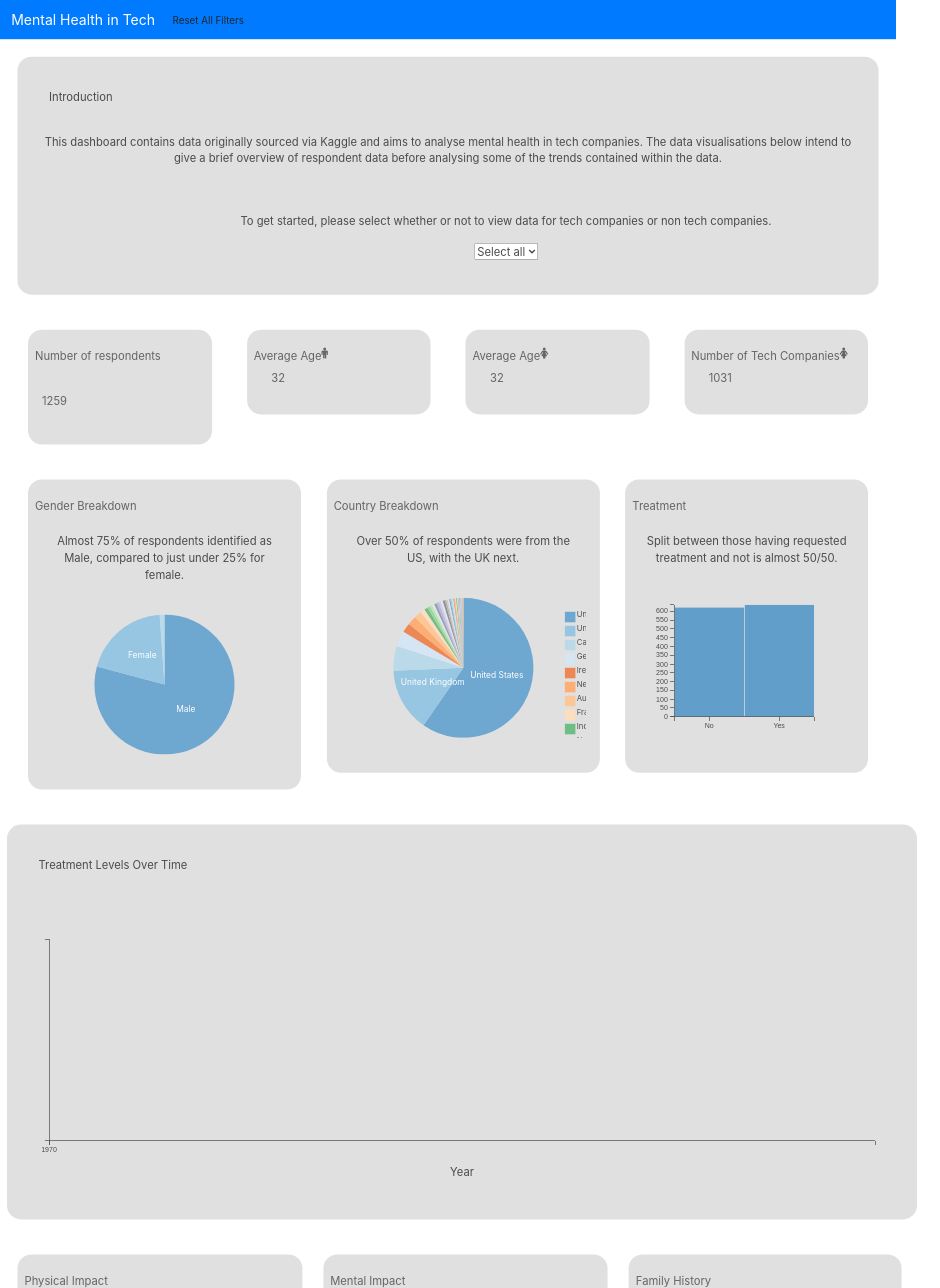
Repository: martingr1/mhdashboard
Page: index.html
The author's editor kept a record of every edit. The page is drawn from the files as they stood at one moment, then again after the next edit.
The browser window is 1280 px wide. The page is 1310 px wide, then 1343 px, so the pictures cover 1343 px, including what lies to the right of the window. The pictures show the part of the page from y = 0 to 1840 px (the page is 2432 px tall before and 2634 px after), at 70% of full size.
Some web libraries are served in a nearby version.

Above is the page before.

After the next edit:
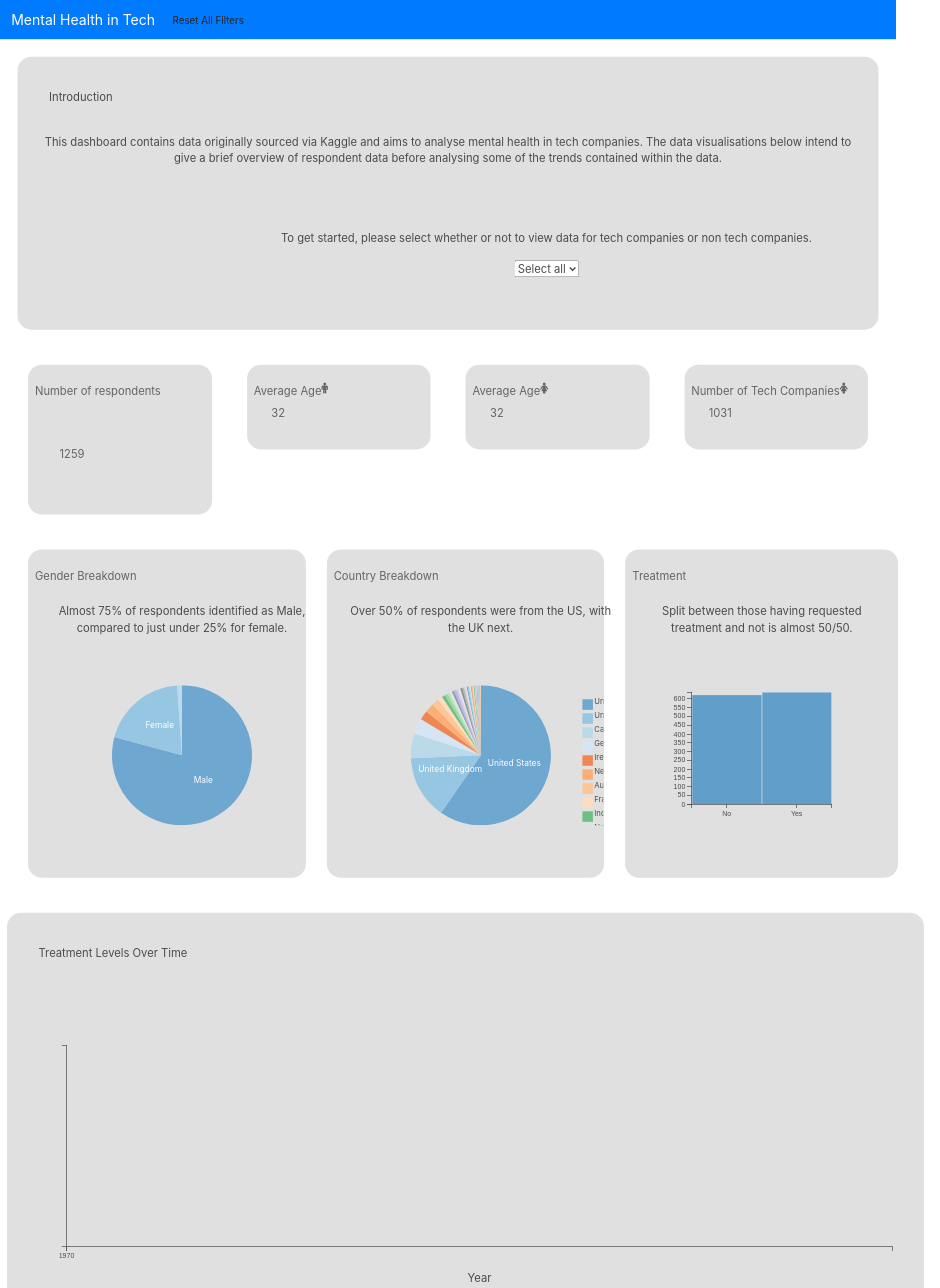
The edit:
--- a/static/css/style.css
+++ b/static/css/style.css
@@ -28,7 +28,8 @@
 }
 
 .chart {
-	margin: 0 auto;
+	height: auto;
+	margin: 25px;
 	padding: 25px;
 
 }
